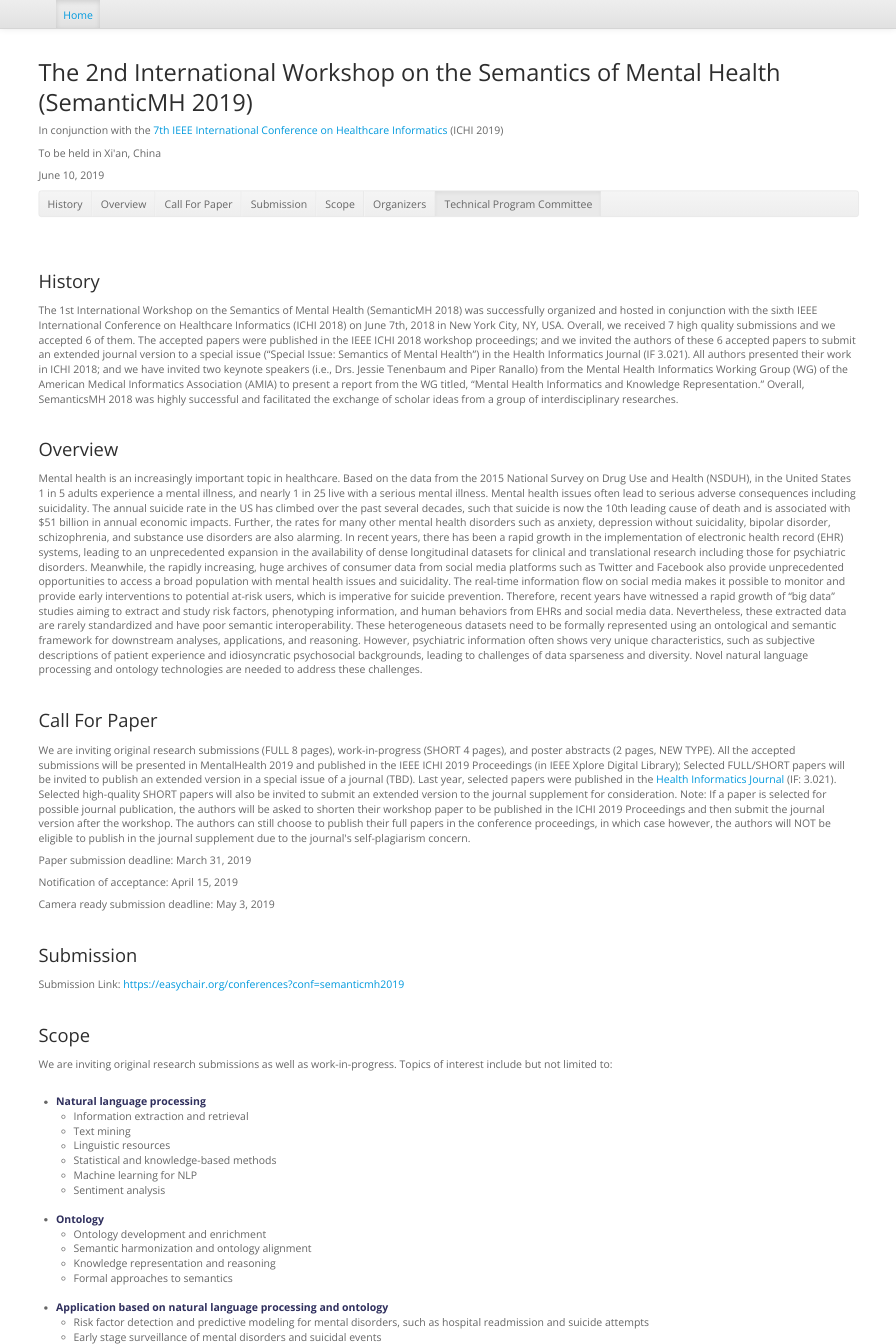
Repository: bianjiang/semantics-powered.org
Page: SemanticMH-2019/index.html
These files come from the project's save history. The page is drawn as it stood at one moment and after the next save; the edit follows.
The browser window is 1280 px wide. The pictures show the part of the page from y = 0 to 1920 px (the page is 3041 px tall), at 70% of full size.
Some web libraries are served in a nearby version.

Above is the page before, as saved 2019-10-26 17:28:26.
Console error (its wording comes from the project's code and is left out).

### SemanticMH-2019/index.html
<!DOCTYPE html>
<!--[if lt IE 7]>      <html class="no-js lt-ie9 lt-ie8 lt-ie7"> <![endif]-->
<!--[if IE 7]>         <html class="no-js lt-ie9 lt-ie8"> <![endif]-->
<!--[if IE 8]>         <html class="no-js lt-ie9"> <![endif]-->
<!--[if gt IE 8]><!-->
<html class="no-js">
<!--<![endif]-->

<head>
  <meta charset="utf-8">
  <meta http-equiv="X-UA-Compatible" content="IE=edge,chrome=1">
  <title></title>
  <meta name="description" content="">
  <meta name="viewport" content="width=device-width">

  <link rel="stylesheet" href="css/bootstrap.min.css">
  <style>
    body {
      padding-top: 60px;
      padding-bottom: 40px;
    }
  </style>
  <link rel="stylesheet" href="css/bootstrap-responsive.min.css">
  <link rel="stylesheet" href="css/main.css">

  <script src="js/vendor/modernizr-2.6.2-respond-1.1.0.min.js"></script>
</head>

<body class="preview" id="top" data-spy="scroll" data-target=".subnav" data-offset="80">
  <!--[if lt IE 7]>
            <p class="chromeframe">You are using an <strong>outdated</strong> browser. Please <a href="http://browsehappy.com/">upgrade your browser</a> or <a href="http://www.google.com/chromeframe/?redirect=true">activate Google Chrome Frame</a> to improve your experience.</p>
        <![endif]-->

  <!-- This code is taken from http://twitter.github.com/bootstrap/examples/hero.html -->

  <div class="navbar navbar-fixed-top">
    <div class="navbar-inner">
      <div class="container">

        <a class="btn btn-navbar" data-toggle="collapse" data-target=".nav-collapse">
                        <span class="icon-bar"></span>
                        <span class="icon-bar"></span>
                        <span class="icon-bar"></span>
                    </a>
        <a class="brand" href="#">&nbsp;</a>
        <div class="nav-collapse collapse">
          <ul class="nav">
            <li class="active"><a href="#">Home</a></li>
            <!--
                            <li><a href="#aboutxx">About</a></li>
                            <li><a href="#contact">Contact</a></li>
                            -->
          </ul>
        </div>

      </div>

    </div>
  </div>

  <div class="container">

    <!-- Main hero unit for a primary marketing message or call to action -->
    <!--
            <div class="hero-unit">
                <h1>Hello, world!</h1>
                <p>This is a template for a simple marketing or informational website. It includes a large callout called the hero unit and three supporting pieces of content. Use it as a starting point to create something more unique.</p>
                <p><a class="btn btn-primary btn-large">Learn more &raquo;</a></p>
            </div>
            -->
    <!-- Masthead
================================================== -->
    <header class="jumbotron subhead" id="overview">
      <div class="row">
        <div class="span12">
          <br/>
          <h2>The 2nd International Workshop on the Semantics of Mental Health (SemanticMH 2019)</h2>
          <p>In conjunction with the <a href="http://www.ieee-ichi.org/" target="_blank">7th IEEE International Conference on Healthcare Informatics</a> (ICHI 2019)</p>
          <p>To be held in Xi'an, China</p>
          <p>June 10, 2019</p>
        </div>
        <div class="span6">
          <!--
      <div class="bsa well">
          <div id="bsap_1277971" class="bsarocks bsap_c466df00a3cd5ee8568b5c4983b6bb19"></div>
      </div>
    -->
        </div>
      </div>
      <div class="subnav">
        <ul class="nav nav-pills">
          <li><a href="#history">History</a></li>
          <li><a href="#overview">Overview</a></li>
          <!-- <li><a href="#audience">Audience</a></li> -->
          <li><a href="#callforpaper">Call For Paper</a></li>
          <li><a href="#submissions">Submission</a></li>
          <!-- <li><a href="#rational">Rational</a></li>
          <li><a href="#workshopstructure">Workshop Structure</a></li> -->
          <!-- <li><a href="#publicity">Publicity</a></li> -->
          <li><a href="#scope">Scope</a></li>
          <li><a href="#organizers">Organizers</a></li>
          <li><a href="#techprogcom">Technical Program Committee</a></li>
        </ul>
      </div>
    </header>

    <section id="History">
      <div class="row">
        <div class="span12">
          <h3>History</h3>
          <p>The 1st International Workshop on the Semantics of Mental Health (SemanticMH 2018) was successfully organized and hosted in conjunction with the sixth IEEE International Conference on Healthcare Informatics (ICHI 2018) on June 7th, 2018 in New York City, NY, USA.  Overall, we received 7 high quality submissions and we accepted 6 of them.  The accepted papers were published in the IEEE ICHI 2018 workshop proceedings; and we invited the authors of these 6 accepted papers to submit an extended journal version to a special issue (“Special Issue: Semantics of Mental Health”) in the Health Informatics Journal (IF 3.021).
           All authors presented their work in ICHI 2018; and we have invited two keynote speakers (i.e., Drs. Jessie Tenenbaum and Piper Ranallo) from the Mental Health Informatics Working Group (WG) of the American Medical Informatics Association (AMIA) to present a report from the WG titled, “Mental Health Informatics and Knowledge Representation.”  Overall, SemanticsMH 2018 was highly successful and facilitated the exchange of scholar ideas from a group of interdisciplinary researches.
        </p>
        </div>
      </div>
    </section>

    <section id="overview">
      <div class="row">
        <div class="span12">
          <h3>Overview</h3>
          <p>Mental health is an increasingly important topic in healthcare.  Based on the data from the 2015 National Survey on Drug Use and Health (NSDUH), in the United States 1 in 5 adults experience a mental illness, and nearly 1 in 25 live with a serious mental illness.  Mental health issues often lead to serious adverse consequences including suicidality.  The annual suicide rate in the US has climbed over the past several decades, such that suicide is now the 10th leading cause of death and is associated with $51 billion in annual economic impacts.  Further, the rates for many other mental health disorders such as anxiety, depression without suicidality, bipolar disorder, schizophrenia, and substance use disorders are also alarming.
          In recent years, there has been a rapid growth in the implementation of electronic health record (EHR) systems, leading to an unprecedented expansion in the availability of dense longitudinal datasets for clinical and translational research including those for psychiatric disorders.  Meanwhile, the rapidly increasing, huge archives of consumer data from social media platforms such as Twitter and Facebook also provide unprecedented opportunities to access a broad population with mental health issues and suicidality. The real-time information flow on social media makes it possible to monitor and provide early interventions to potential at-risk users, which is imperative for suicide prevention. Therefore, recent years have witnessed a rapid growth of “big data” studies aiming to extract and study risk factors, phenotyping information, and human behaviors from EHRs and social media data.  Nevertheless, these extracted data are rarely standardized and have poor semantic interoperability.  These heterogeneous datasets need to be formally represented using an ontological and semantic framework for downstream analyses, applications, and reasoning.  However, psychiatric information often shows very unique characteristics, such as subjective descriptions of patient experience and idiosyncratic psychosocial backgrounds, leading to challenges of data sparseness and diversity.  Novel natural language processing and ontology technologies are needed to address these challenges.

        </p>
        </div>
      </div>
    </section>

    <!-- <section id="audience">
      <div class="row">
        <div class="span12">
          <h3>Audience</h3>
          <p>The goal of this workshop is to bring experts in the field of natural language processing, knowledge representation, knowledge management, and health data analytics to discuss innovative analytical methods, applications, and tools to address problems in mental health.
        </p>
        </div>
      </div>
    </section> -->

    <section id="callforpaper">
      <div class="row">
        <div class="span12">
          <h3>Call For Paper</h3>
          <p>We are inviting original research submissions (FULL 8 pages), work-in-progress (SHORT 4 pages), and poster abstracts (2 pages, NEW TYPE).
              All the accepted submissions will be presented in MentalHealth 2019 and published in the IEEE ICHI 2019 Proceedings (in IEEE Xplore Digital Library); Selected FULL/SHORT papers will be invited to publish an extended version in a special issue of a journal (TBD).  Last year, selected papers were published in the <a href="http://journals.sagepub.com/home/jhi" target="_blank">Health Informatics Journal</a> (IF: 3.021). Selected high-quality SHORT papers will also be invited to submit an extended version to the journal supplement for consideration.
              Note: If a paper is selected for possible journal publication, the authors will be asked to shorten their workshop paper to be published in the ICHI 2019 Proceedings and then submit the journal version after the workshop. The authors can still choose to publish their full papers in the conference proceedings, in which case however, the authors will NOT be eligible to publish in the journal supplement due to the journal's self-plagiarism concern.
              <!-- <p>Paper submission deadline: March 15, 2019</p> -->
              <p>Paper submission deadline: March 31, 2019</p>
              <p>Notification of acceptance: April 15, 2019</p>
              <p>Camera ready submission deadline: May 3, 2019</p>
        </p>
        </div>
      </div>
    </section>

    <section id="submissions">
      <div class="row">
        <div class="span12">
          <h3>Submission</h3>
          <p>Submission Link: <a href="https://easychair.org/conferences?conf=semanticmh2019" target="_blank">https://easychair.org/conferences?conf=semanticmh2019</a></p>
        </div>
      </div>
    </section>
    <!-- <section id="rational">
      <div class="row">
        <div class="span12">
          <h3>Rational</h3>
          <p>Our proposed workshop aims to provide an international platform for the researchers and scientists in the mental health communities to demonstrate research progresses, share ideas, address questions, and promote collaborations for better representation and analysis of mental health-related terminologies and clinical and research data.
        </p>
        </div>
      </div>
    </section> -->

    <!-- <section id="workshopstructure">
      <div class="row">
        <div class="span12">
          <h3>Workshop Structure</h3>
          <p>We propose a half-day SemanticMH workshop for this year. We will arrange 3 hours for paper presentations and 1 hour for extensive discussions. Different sessions will be arranged based on the topics of presentations. Depending on the number of papers accepted for presentation, each paper presentation will be restricted to 10-25 minutes for a full-length paper, and 5-15 minutes for a short-length paper. All the papers will be submitted and handled through EasyChair and go through peer reviews by at least two reviewers. After the full papers are accepted, we will work with the Health Informatics editors and reviewers to decide which papers will be formally invited for extension to be included in a thematic series in the Health Informatics journal.
        </p>
        </div>
      </div>
    </section>


    <section id="publicity">
      <div class="row">
        <div class="span12">
          <h3>Publicity</h3>
          <p>Various methods will be used for advertisement, including: (i) posting in email mailing lists and through private emails; (ii) creating a workshop discussion email list address and using it for sharing news and posting, (iii) posting in influential websites, (iv) phone calls to colleagues and friends who may be interested, (v) generating a workshop website dedicated to this event, and inviting potential attendees to visit, and (vi) generating a social networking website in LinkedIn to attract public attention, participation, and discussion. The main difference between the workshop website and the LinkedIn website will be that the workshop website is dedicated for posting the workshop information, and the LinkedIn website is used for social networking.
        </p>
        </div>
      </div>
    </section> -->

    <section id="scope">

      <div class="row">
        <div class="span12">
          <h3>Scope</h3>
          <p>We are inviting original research submissions as well as work-in-progress.
            Topics of interest include but not limited to:
          </p>
          <br>
          <ul>
            <li>
              <b>Natural language processing</b>
              <ul>
                <li>Information extraction and retrieval </li>
                <li>Text mining</li>
                <li>Linguistic resources</li>
                <li>Statistical and knowledge-based methods</li>
                <li>Machine learning for NLP</li>
                <li>Sentiment analysis</li>
              </ul>
            </li>
            <br>
            <li>
              <b>Ontology</b>
              <ul>
                <li>Ontology development and enrichment </li>
                <li>Semantic harmonization and ontology alignment</li>
                <li>Knowledge representation and reasoning</li>
                <li>Formal approaches to semantics</li>
              </ul>
            </li>
            <br>
            <li>
              <b>Application based on natural language processing and ontology</b>
              <ul>
                <li>Risk factor detection and predictive modeling for mental disorders, such as hospital readmission and suicide attempts</li>
                <li>Early stage surveillance of mental disorders and suicidal events </li>
                <li>Algorithmic phenotyping and cohort identification </li>
              </ul>
            </li>
          </ul>


        </div>
      </div>
    </section>

    <section id="organizers">
      <div class="row">
        <div class="span12">
          <h3>Organizers</h3>
          <p><b>Jiang Bian, PhD</b>, Department of Health Outcomes & Biomedical Informatics, College of Medicine, University of Florida, Gainesville, Florida, USA</p>
          <p><b>Cui Tao, PhD</b>, School of Biomedical Informatics, The University of Texas Health Science Center, Houston, Texas, USA</p>
          <p><b>Jennifer Dahne, PhD</b>, Department of Psychiatry and Behavioral Sciences, Medical University of South Carolina, Charleston, South Carolina, USA</p>
          <p><b>Yaoyun Zhang, PhD</b>, School of Biomedical Informatics, University of Texas Health Center at Houston, USA</p></p>
          <p><b>Yi Guo, PhD</b>, Department of Health Outcomes & Biomedical Informatics, College of Medicine, University of Florida, Gainesville, Florida, USA</p></p>
        </div>
      </div>
    </section>

    <section id="techprogcom">
      <div class="row">
        <div class="span12">
          <h3>Technical Program Committee</h3>
          <p>Comming Soon...</p>
        </div>
      </div>
    </section>

    <section id="schedule">
      <div class="row">
        <div class="span12">
          <h3>Workshop Schedule</h3>
          <div>
            <style type="text/css">
              .tg  {border-collapse:collapse;border-spacing:0;}
              .tg td{font-family:Arial, sans-serif;font-size:14px;padding:10px 5px;border-style:solid;border-width:1px;overflow:hidden;word-break:normal;border-color:black;}
              .tg th{font-family:Arial, sans-serif;font-size:14px;font-weight:normal;padding:10px 5px;border-style:solid;border-width:1px;overflow:hidden;word-break:normal;border-color:black;}
              .tg .tg-s6z2{text-align:center}
              .tg .tg-baqh{text-align:center;vertical-align:top}
              .tg .tg-j8xs{font-weight:bold;font-size:18px;background-color:#c0c0c0;text-align:center;vertical-align:top}
              .tg .tg-hgcj{font-weight:bold;text-align:center}
              .tg .tg-amwm{font-weight:bold;text-align:center;vertical-align:top}
              .tg .tg-s268{text-align:left}
              .tg .tg-0lax{text-align:left;vertical-align:top}
              .tg .tg-8zwo{font-style:italic;text-align:left;vertical-align:top}
              </style>
              <table class="tg" style="undefined;table-layout:fixed;width:876px;">
              <colgroup>
              <col style="width: 141px">
              <col style="width: 609px">
              <col style="width: 126px">
              </colgroup>
                <tr>
                  <th class="tg-j8xs" colspan="3">The 2nd International Workshop on the Semantics of Mental Health</th>
                </tr>
                <tr>
                  <td class="tg-hgcj">Time</td>
                  <td class="tg-hgcj">Title</td>
                  <td class="tg-amwm">Presenter</td>
                </tr>
                <tr>
                  <td class="tg-s6z2">14:00 pm - 14:05 pm</td>
                  <td class="tg-s268">Introduction to the workshop</td>
                  <td class="tg-0lax"><a target="_blank" href="https://hobi.med.ufl.edu/about/faculty-directory-2/bian-jiang/">Jiang Bian, Ph.D.</a></td>
                </tr>
                <tr>
                  <td class="tg-s6z2">14:05 pm - 14:50 pm</td>
                  <td class="tg-s268">Keynote</td>
                  <td class="tg-0lax"><a target="_blank" href="https://dbe.med.upenn.edu/biostat-research/YongChen">Yong Chen, Ph.D.</a></td>
                </tr>
                <tr>
                  <td class="tg-baqh">14:50 pm - 15:10 pm</td>
                  <td class="tg-8zwo">Assessing depression risk in Chinese microblogs: a corpus and machine learning methods</td>
                  <td class="tg-0lax">Shuai Chen</td>
                </tr>
                <tr>
                  <td class="tg-baqh">15:10 pm - 15:30 pm</td>
                  <td class="tg-8zwo">Analysis of Twitter to Identify Topics Related to Eating Disorder Symptoms</td>
                  <td class="tg-0lax">Sicheng Zhou</td>
                </tr>
                <tr>
                  <td class="tg-baqh">15:30 pm - 16:00 pm</td>
                  <td class="tg-amwm">Coffee Break</td>
                  <td class="tg-0lax"></td>
                </tr>
                <tr>
                  <td class="tg-baqh">16:00 pm - 16:20 pm</td>
                  <td class="tg-8zwo">PSPS: A pharmacological substances prediction system based on biomedical literature,data</td>
                  <td class="tg-0lax">Jinhe Gao</td>
                </tr>
                <tr>
                  <td class="tg-baqh">16:20 pm - 16:40 pm</td>
                  <td class="tg-8zwo">Combining Clinical Data and Domain Knowledge for Analyzing Mental Disorder Concept Relatedness,and Usage</td>
                  <td class="tg-0lax">Dou Wei</td>
                </tr>
                <tr>
                  <td class="tg-baqh">16:40 pm - 17:00 pm</td>
                  <td class="tg-8zwo">STAT: A Web-based Semantic Text Annotation Tool to Assist Building Mental Health Knowledge Base</td>
                  <td class="tg-0lax">Xing He</td>
                </tr>
                <tr>
                  <td class="tg-baqh">17:00 pm - 17:20 pm</td>
                  <td class="tg-8zwo">Systematic Design of Drug Repurposing-oriented Alzheimer’s Disease Ontology</td>
                  <td class="tg-0lax">Cui Tao</td>
                </tr>
              </table>
          </div>
        </div>
      </div>
    </section>
    <hr>
    <h4><b>Contact:</b> Jiang Bian; <a href="mailto:bianjiang@ufl.edu">bianjiang@ufl.edu</a></h4>
    <footer>
      <p>&copy; SemanticMH 2019</p>
    </footer>

  </div>
  <!-- /container -->

  <script src="//ajax.googleapis.com/ajax/libs/jquery/1.9.1/jquery.min.js"></script>
  <script>
    window.jQuery || document.write('<script src="js/vendor/jquery-1.9.1.min.js"><\/script>')
  </script>

  <script src="js/vendor/bootstrap.min.js"></script>

  <script src="js/plugins.js"></script>
  <script src="js/main.js"></script>
  <script>
      (function (i, s, o, g, r, a, m) {
i['GoogleAnalyticsObject'] = r; i[r] = i[r] || function () {
        (i[r].q = i[r].q || []).push(arguments)
      }, i[r].l = 1 * new Date(); a = s.createElement(o),
        m = s.getElementsByTagName(o)[0]; a.async = 1; a.src = g; m.parentNode.insertBefore(a, m)
      })(window, document, 'script', 'https://www.google-analytics.com/analytics.js', 'ga');

    ga('create', 'UA-50982144-4', 'auto');
    ga('send', 'pageview');
  </script>
</body>

</html>

Loaded but not shown: SemanticMH-2019/css/bootstrap.min.css (library); SemanticMH-2019/css/bootstrap-responsive.min.css (library); SemanticMH-2019/js/vendor/modernizr-2.6.2-respond-1.1.0.min.js (library); SemanticMH-2019/js/vendor/bootstrap.min.js (library); SemanticMH-2019/js/main.js (95 lines, source omitted); SemanticMH-2019/js/plugins.js (24 lines, source omitted); SemanticMH-2019/css/main.css (463 lines, source omitted)

After the next save:
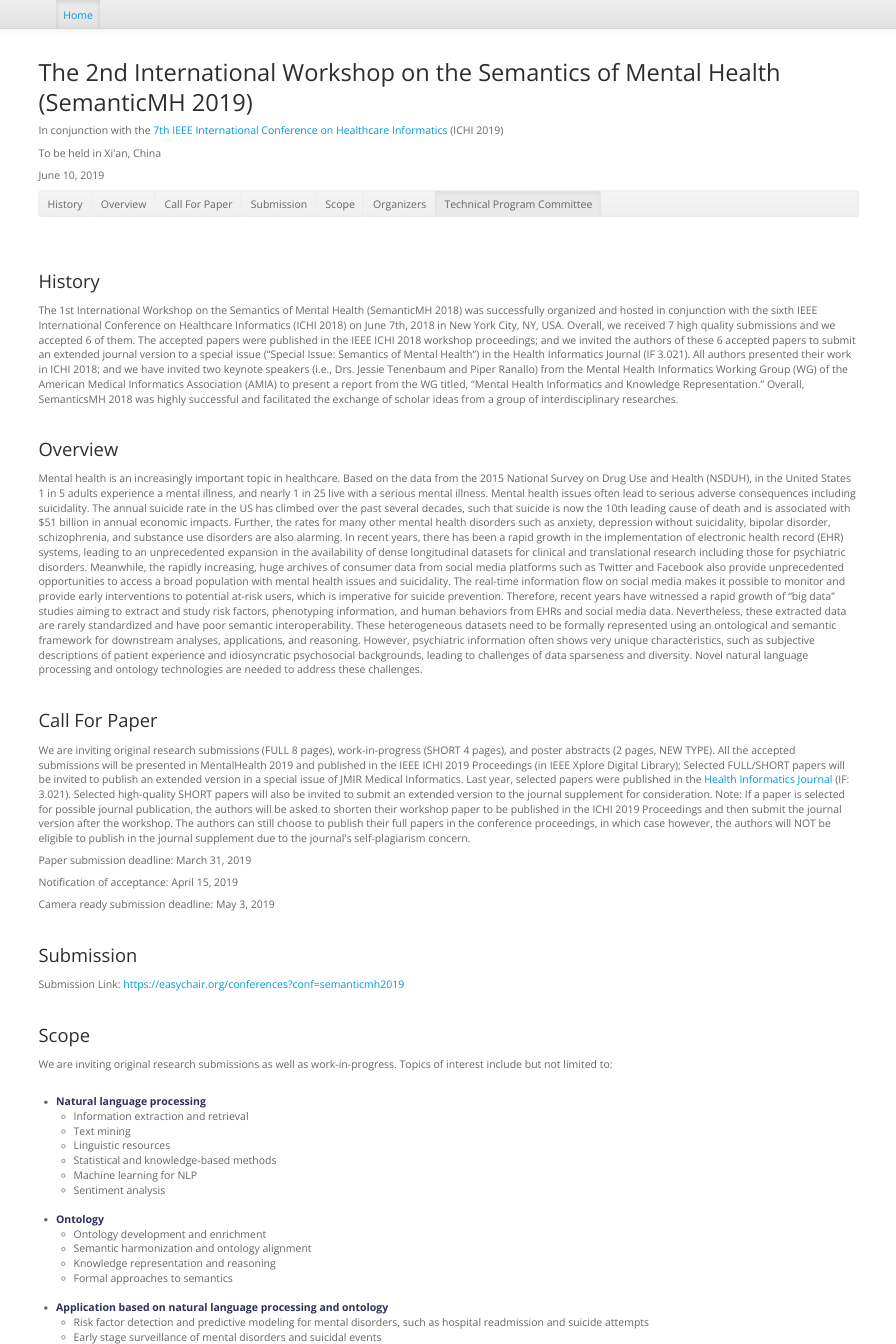
Saved 10 days later.
--- a/SemanticMH-2019/index.html
+++ b/SemanticMH-2019/index.html
@@ -142,7 +142,7 @@
         <div class="span12">
           <h3>Call For Paper</h3>
           <p>We are inviting original research submissions (FULL 8 pages), work-in-progress (SHORT 4 pages), and poster abstracts (2 pages, NEW TYPE).
-              All the accepted submissions will be presented in MentalHealth 2019 and published in the IEEE ICHI 2019 Proceedings (in IEEE Xplore Digital Library); Selected FULL/SHORT papers will be invited to publish an extended version in a special issue of a journal (TBD).  Last year, selected papers were published in the <a href="http://journals.sagepub.com/home/jhi" target="_blank">Health Informatics Journal</a> (IF: 3.021). Selected high-quality SHORT papers will also be invited to submit an extended version to the journal supplement for consideration.
+              All the accepted submissions will be presented in MentalHealth 2019 and published in the IEEE ICHI 2019 Proceedings (in IEEE Xplore Digital Library); Selected FULL/SHORT papers will be invited to publish an extended version in a special issue of JMIR Medical Informatics.  Last year, selected papers were published in the <a href="http://journals.sagepub.com/home/jhi" target="_blank">Health Informatics Journal</a> (IF: 3.021). Selected high-quality SHORT papers will also be invited to submit an extended version to the journal supplement for consideration.
               Note: If a paper is selected for possible journal publication, the authors will be asked to shorten their workshop paper to be published in the ICHI 2019 Proceedings and then submit the journal version after the workshop. The authors can still choose to publish their full papers in the conference proceedings, in which case however, the authors will NOT be eligible to publish in the journal supplement due to the journal's self-plagiarism concern.
               <!-- <p>Paper submission deadline: March 15, 2019</p> -->
               <p>Paper submission deadline: March 31, 2019</p>
